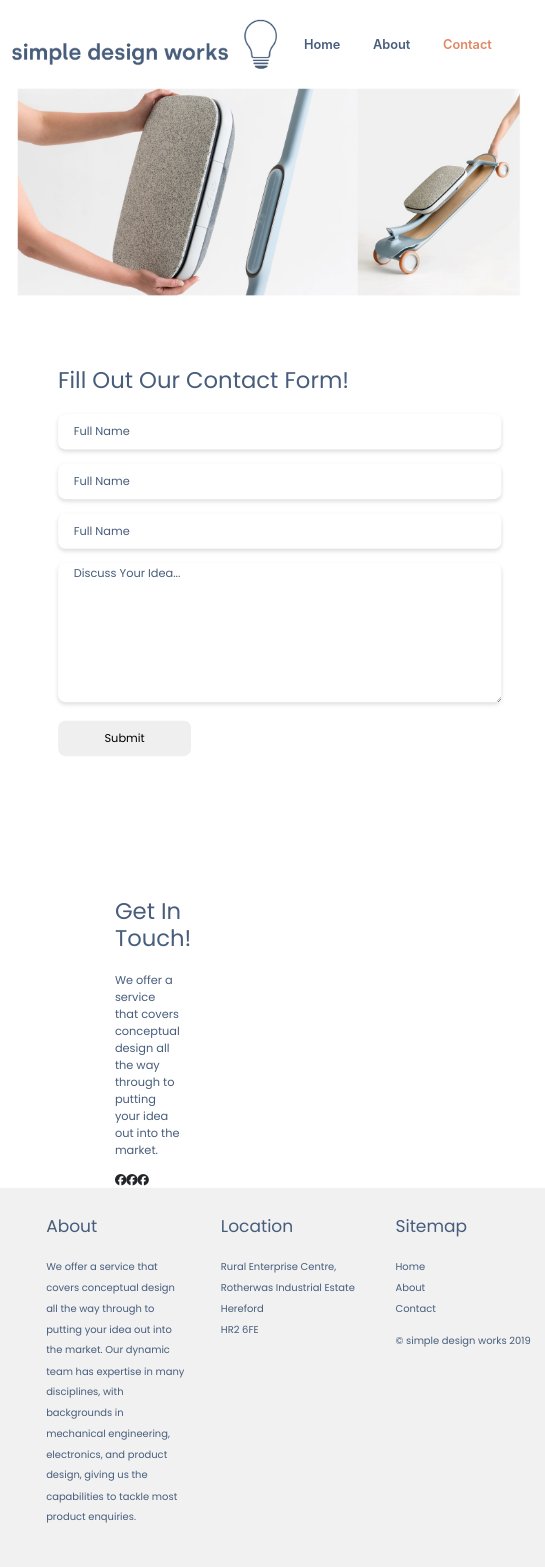
Repository: cobyfoster99/User-Centric-frontend-project
Page: contact.html
The author's editor kept a record of every edit. The page is drawn from the files as they stood at one moment, then again after the next edit.
The browser window is 768 px wide. The pictures show the whole page, at 71% of full size.
Some web libraries are served in a nearby version.

Above is the page before.

### contact.html
<!DOCTYPE html>
<html lang="en">

<head>
    <meta charset="UTF-8">
    <meta name="viewport" content="width=device-width, initial-scale=1.0, max-scale=1.0">
    <meta http-equiv="X-UA-Compatible" content="ie=edge">
    <link rel="stylesheet" href="assets/css/style.css" type="text/css" />
    <link rel="stylesheet" href="https://stackpath.bootstrapcdn.com/font-awesome/4.7.0/css/font-awesome.min.css" type="text/css" />
    <script src="https://kit.fontawesome.com/78b1021543.js"></script>
    <link rel="stylesheet" href="https://stackpath.bootstrapcdn.com/bootstrap/4.3.1/css/bootstrap.min.css" integrity="sha384-ggOyR0iXCbMQv3Xipma34MD+dH/1fQ784/j6cY/iJTQUOhcWr7x9JvoRxT2MZw1T" crossorigin="anonymous">
    <title>Simple Design Works | Product Design Agency</title>
</head>

<body>

    <header>
        <nav class="navbar navbar-expand-md">
            <img class="logo img-responsive" src="./assets/media-library/logo.png"></img>
            <button class="navbar-toggler navbar-light" type="button" data-toggle="collapse" data-target="#collapsibleNavbar">
    <span class="navbar-toggler-icon"></span>
  </button>
            <div class="collapse navbar-collapse nav-center" id="collapsibleNavbar">
                <ul class="navbar-nav">
                    <li class="nav-item">
                        <a class="nav-link" href="#">Home</a>
                    </li>
                    <li class="nav-item">
                        <a class="nav-link" href="#">About</a>
                    </li>
                    <li class="nav-item">
                        <a class="nav-link nav-active" href="#">Contact</a>
                    </li>
                </ul>
            </div>
        </nav>
    </header>

    <section>

        <!--------------------- Global Banner Image--------------------->
        <div class="container-fluid">
            <div class="row banner-image-container no-gutters">
                <img class="banner-image" src="assets/media-library/home_image.jpg"></img>
            </div>
        </div>


        <!--------------------- Contact Form --------------------->
        <div class="contact-page-container">
            <div class="row">
                <div class="contact-form-contact">
                    <h2 class="home-contact-header">Fill Out Our Contact Form!</h2>

                    <form>

                        <input type="ftext" name="full-name" placeholder="Full Name" class="full-name" />

                        <input type="ftext" name="full-name" placeholder="Full Name" class="full-name" />

                        <input type="ftext" name="full-name" placeholder="Full Name" class="full-name" />


                        <textarea rows="8" name="discuss" placeholder="Discuss Your Idea..." class="dicuss-idea"></textarea>

                        <input type="submit" value="Submit" class="submit-button" />
                    </form>
                </div>


                <div class="contact-info-contact">
                    <h2 class="home-contact-header">Get In Touch!</h2>
                    <p class="contact-info-p">We offer a service that covers conceptual design all the way through to putting your idea out into the market.
                    </p>
                    <div class="icons">

                        <i class="fab fa-facebook"></i><i class="fab fa-facebook"></i><i class="fab fa-facebook"></i>

                </div>

            </div>
        </div>
    </section>

    <footer>
        <div class="container-fluid">
            <div class="row no-gutters footer-about">
                <div class="col-sm footer-section">
                    <h2 class="footer-h2">About</h2>
                    <p class="footer-p">We offer a service that covers conceptual design all the way through to putting your idea out into the market. Our dynamic team has expertise in many disciplines, with backgrounds in mechanical engineering, electronics, and product
                        design, giving us the capabilities to tackle most product enquiries.
                    </p>
                </div>
                <div class="col-sm footer-section footer-location">
                    <h2 class="footer-h2">Location</h2>
                    <p class="footer-p">Rural Enterprise Centre,<br> Rotherwas Industrial Estate<br> Hereford
                        <br> HR2 6FE<br>
                    </p>
                </div>
                <div class="col-sm footer-section footer-sitemap">
                    <h2 class="footer-h2">Sitemap</h2>
                    <p class="footer-p"><a class="footer-links" href="/home">Home</a> <br> <a class="footer-links" href="/about">About</a> <br> <a class="footer-links" href="/contact">Contact</a> <br>
                        <p class="footer-p">© simple design works 2019</p>
                    </p>
                </div>


            </div>
        </div>
    </footer>

</body>

</html>

### assets/css/style.css
/* ------------------------------------------- Typography */

@import url('https://fonts.googleapis.com/css?family=Poppins:400,600,700&display=swap');

h1,
h2,
h3,
h4,
h5,
p,
span {
    font-family: "poppins", sans-serif;
    color: #475D7B;
}



/* -------------------------------------------- Header */

header {
    background-color: #fffff;
    padding-top: 20px;
    padding-bottom: 20px;
}

.logo {
    display: inline-block;
    max-width: 70%;
    height: auto;
    transition: all .5s ease-in-out;
    -moz-transition: all .5s ease-in-out;
    -webkit-transition: all .5s ease-in-out;
}

@media only screen and (max-width: 1920px) and (min-width: 1220px) {
    .nav-center {
        margin-left: 220px;
        margin-right: auto;
    }
}

@media only screen and (max-width: 1920px) and (min-width: 1220px) {
    nav {
        width: 80%;
        margin-left: auto;
        margin-right: auto;
    }
}

.navbar-light .navbar-nav .nav-link {
    color: #475D7B;
}

.nav-link {
    font-size: 18px;
    text-align: center;
    text-decoration: none;
    color: #475D7B;
    font-weight: 600;
    transition: all .5s ease-in-out;
    -moz-transition: all .5s ease-in-out;
    -webkit-transition: all .5s ease-in-out;
}

.nav-item {
    padding-left: 30px;
}

.nav-link:hover {
    color: #E18763;
}

.nav-active {
    color: #E18763;
}

/* -------------------------------------------- Media Queries - Header */

@media only screen and (max-width: 1440px) and (min-width: 768px) {
    .menuitem {
        padding-bottom: 10px;
    }
}




/* -------------------------------------------- Banner Image Global */

.banner-image {
    display: block;
    margin-left: auto;
    margin-right: auto;
    padding-left: 10px;
    max-width: 100%;
    height: auto;
}

/* -------------------------------------------- SDW Catchphrase Global */

.catchphrase {
    display: block;
    text-align: center;
    margin-left: auto;
    margin-right: auto;
    padding-top: 75px;
}

.header-h3 {
    text-align: center;
    display: inline-block;
    padding-left: 10px;
}

/* -------------------------------------------- Home-page About */

.about-section {
    display: block;
    box-shadow: 0px 3px 6px rgba(0, 0, 0, 0.15);
    border-radius: 25px;
    margin-bottom: 50px;
    margin-top: 100px;
}

.aligned-border {
    padding: 20px;
}

.about-h3 {
    padding-top: 75px;
    line-height: 35pt;
    letter-spacing: 1.5px;
}

.about-p {
    padding-top: 20px;
    padding-bottom: 75px;
    line-height: 35pt;
    letter-spacing: 1.5px;
    font-size: 20px;
}

.container-about {
    margin-left: auto;
    margin-right: auto;
    width: 80%;
}


/* -------------------------------------------- Media Queries - Home-page-about */

@media only screen and (max-width: 1920px) and (min-width: 1200px) {
    .container-about {
        margin-right: 0;
        margin-left: 10%;
        width: 90%;
    }
}

@media only screen and (max-width: 1920px) and (min-width: 1200px) {
    .about-section {
        border-radius: 25px 0px 0px 25px;
    }
}


@media only screen and (max-width: 1920px) and (min-width: 1200px) {
    .about-p,
    .about-h3 {

        padding-left: 80px;

    }
}

@media only screen and (max-width: 1220px) and (min-width: 320px) {
    .about-p,
    .about-h3 {

        line-height: normal;
        letter-spacing: normal;
        text-align: center;

    }
}

@media only screen and (max-width: 1220px) and (min-width: 320px) {
    .about-p {
        padding-bottom: 50px;
        padding-top: 0px;
        font-size: 16px;
    }
}

@media only screen and (max-width: 1220px) and (min-width: 320px) {
    .about-h3 {
        padding-top: 50px;
    }
}



/* -------------------------------------------- Media Queries - Catchphrase Global */

@media only screen and (max-width: 1920px) and (min-width: 768px) {
    .header-h3 {
        padding-left: 75px;
        padding-right: 75px;
    }
}






/* -------------------------------------------- Footer */

footer {
    background-color: #f1f1f1;
    padding-top: 20px;
    padding-bottom: 20px;
}

.footer-section {
    text-align: left;
    padding-top: 20px;
    padding-bottom: 20px;
}


.footer-h2 {
    padding-bottom: 20px;
    font-size: 24px;
    text-align: left;
}

.footer-p {
    font-size: 16px;
    line-height: 22pt;
    text-align: left;
}

.footer-links {
    text-decoration: none;
    color: #475D7B;
}

.footer-links:hover {
    text-decoration: none;
    color: #475D7B;
}

/* -------------------------------------------- Media Queries - Footer */

@media only screen and (max-width: 1920px) and (min-width: 1220px) {
    .footer-location {
        margin-left: 180px;
    }
}

@media only screen and (max-width: 1920px) and (min-width: 1220px) {
    footer {
        padding-left: 250px;
        padding-right: 250px;
    }
}

@media only screen and (max-width: 1200px) and (min-width: 768px) {
    footer {
        padding-left: 50px;
        padding-right: 0px;
    }
}

@media only screen and (max-width: 1440px) and (min-width: 768px) {
    .footer-sitemap,
    .footer-location {
        margin-left: 50px;
        padding-right: 0px;
    }
}

@media only screen and (max-width: 1200px) and (min-width: 386px) {
    .footer-p {
        font-size: 14px;
    }
}





/* -------------------------------------------- Portfolio Section - Homepage*/

.container-porfolio {
    margin-left: auto;
    margin-right: auto;
    width: 80%;
    padding-top: 100px;
    padding-bottom: 100px;
}

.portfolio-title {
    padding-left: 80px;
    padding-bottom: 50px;
}

@media only screen and (max-width: 1200px) and (min-width: 300px) {
    .portfolio-title {
        padding-left: 0px;
        text-align: center;
        padding-bottom: 20px;
    }
}

.skp-image {
    transition: all .5s ease-in-out;
    -moz-transition: all .5s ease-in-out;
    -webkit-transition: all .5s ease-in-out;
    display: inline-block;
}


@media only screen and (max-width: 1200px) and (min-width: 300px) {
    .container-portfolio {
        width: 100%;
        margin: 0;
    }
}

.folio-image {
    max-width: 100%;
    width: auto;
    min-height: auto;
    vertical-align: top;
    margin-right: auto;
    margin-left: auto;
    padding-top: 25px;
}

.folio-image-right {
    vertical-align: top;
    float: left;
    text-align: right;
}

.portfolio-skp {
    margin-left: auto;
    margin-right: auto;
}

@media only screen and (max-width: 1920px) and (min-width: 1200px) {
    .portfolio-item-large {
        margin: 0;
    }
}

.padded-image {
    padding-bottom: 0px;
}

@media only screen and (max-width: 1920px) and (min-width: 1200px) {
    .left-Featured {
        text-align: left;
        padding-left: 80px;
    }

}

.left-Featured {
    padding-bottom: 50px;
}


/* -------------------------------------------- Contact Section - Homepage*/

.container-contact {
    margin-left: auto;
    margin-right: auto;
    width: 80%;
    padding-bottom: 100px;
}

.full-name {
    margin-top: 20px;
    width: 100%;
    height: 50px;
    box-shadow: 0px 3px 6px rgba(0, 0, 0, 0.15);
    border-radius: 10px;
    border: none;
    font-family: "poppins", sans-serif;
    font-size: 16px;
}

::-webkit-input-placeholder {
    color: #475D7B;
    padding-left: 20px;
}


.dicuss-idea {
    margin-top: 20px;
    width: 100%;
    box-shadow: 0px 3px 6px rgba(0, 0, 0, 0.15);
    border-radius: 10px;
    border: none;
    font-family: "poppins", sans-serif;
    font-size: 16px;
}

.submit-button {
    width: 30%;
    margin-top: 20px;
    margin-left: 0;
    height: 50px;
    border-radius: 10px;
    border: none;
    font-family: "poppins", sans-serif;
    font-size: 16px;

}

/* -------------------------------------------- Meet the Team - About Page*/

.meet-the-team {
    width: 80%;
    margin-left: auto;
    margin-right: auto;
    display: flex;
    flex-wrap: wrap;
}

.meet-the-team-box {
    margin-top: 50px;
    box-shadow: 0px 3px 6px rgba(0, 0, 0, 0.15);
    border-radius: 10px;
    margin-bottom: 20px;
}


.meet-the-team-img {
    max-width: 100%;
    height: auto;

}

@media only screen and (max-width: 1920px) and (min-width: 1200px) {
    .meet-the-team-box {
        max-width: 33.33%;
        margin-left: auto;
        margin-right: auto;
    }
}

@media only screen and (max-width: 1200px) and (min-width: 768px) {
    .meet-the-team-box {
        max-width: 45%;
        margin-left: 10px;
        margin-right: 10px;
    }
}

.meet-the-team-h4 {
    padding: 30px 0px 0px 20px;
    font-style: italic;
}

.meet-the-team-h5 {
    padding: 30px 30px 30px 20px;
    font-style: italic;
    font-size: 18px;
}

.bottom-box-row {
    padding-bottom: 50px;
}

.padding-100 {
    padding-top: 100px;
}


/* -------------------------------------------- Contact Page*/

.contact-page-container {
    width: 80%;
    margin-left: auto;
    margin-right: auto;
}

.contact-form-contact {
    width: 60%;
    padding-left: 20px;
    padding-top: 100px;
    padding-bottom: 100px;
    display: inline-block;
}

.contact-info-contact {
    padding-left: 100px;
    padding-top: 100px;
    width: 30%;
    display: inline-block;
}

.contact-info-p {
    padding-top: 20px;
}

.icon {
    padding-left: 10px;
    font-size: 32pt;
    color: #475D7B;
    border-radius: 50%
}

.home-contact-sub {
    padding-top: 50px;
}

@media only screen and (max-width: 786px) and (min-width: 324px) {
    .contact-form-contact {
        width: 100%;
        padding-left: 20px;
        padding-top: 100px;
        padding-bottom: 100px;
        display: inline-block;
    }
}

After the next edit:
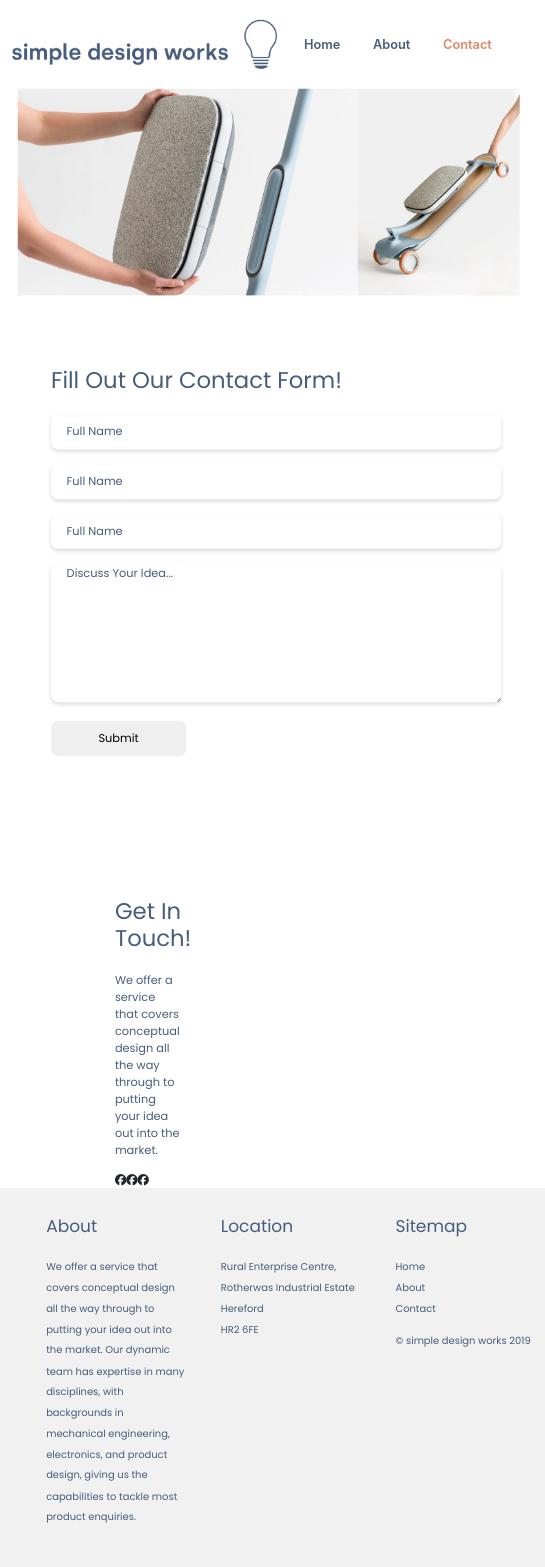
The edit:
--- a/assets/css/style.css
+++ b/assets/css/style.css
@@ -522,7 +522,7 @@
 @media only screen and (max-width: 786px) and (min-width: 324px) {
     .contact-form-contact {
         width: 100%;
-        padding-left: 20px;
+        padding-left: 10px;
         padding-top: 100px;
         padding-bottom: 100px;
         display: inline-block;
